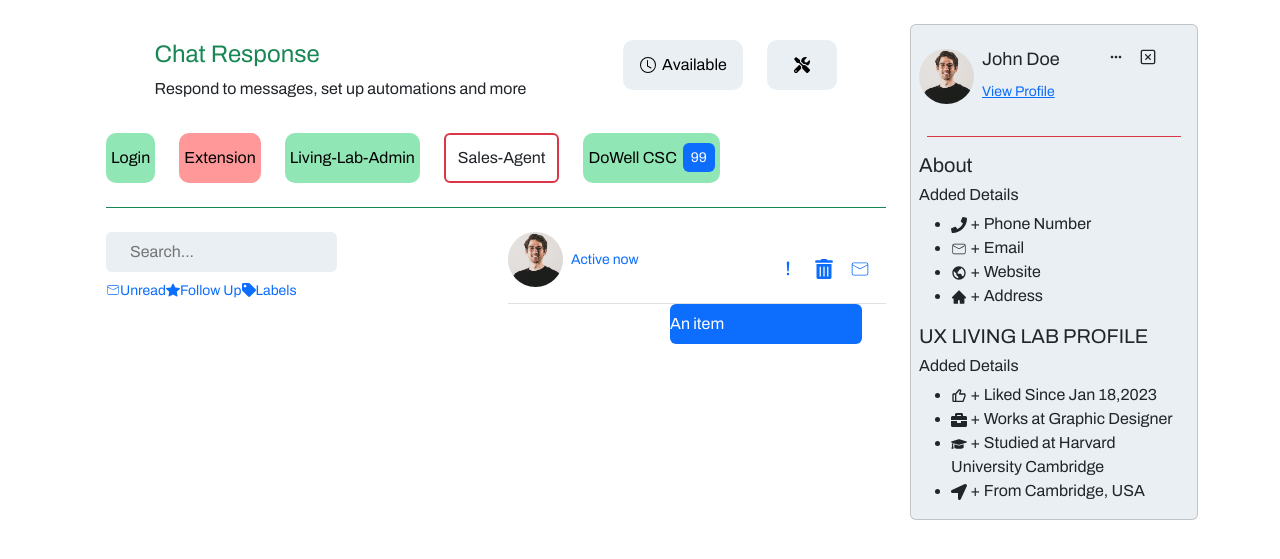
Repository: uh-sman/UX-Living-Lab-Chat
Page: /
The author's editor kept a copy of each file at every save. The page is drawn from the files as they stood at one save, then again after the next save.
The browser window is 1280 px wide. The pictures show the whole page.
The project was rebuilt for these pictures with package versions that can differ from the ones it lists, and the page was loaded fresh each time.

Above is the page before, as saved 2023-05-10 17:51:11.

### public/index.html
<!DOCTYPE html>
<html lang="en">
  <head>
    <meta charset="utf-8" />
    <link rel="icon" href="%PUBLIC_URL%/favicon.ico" />
    <meta name="viewport" content="width=device-width, initial-scale=1" />
    <meta name="theme-color" content="#000000" />
    <meta
      name="description"
      content="Web site created using create-react-app"
    />
    <link rel="apple-touch-icon" href="%PUBLIC_URL%/logo192.png" />
    <!--
      manifest.json provides metadata used when your web app is installed on a
      user's mobile device or desktop. See https://developers.google.com/web/fundamentals/web-app-manifest/
    -->
    <link rel="manifest" href="%PUBLIC_URL%/manifest.json" />
    <!-- font awsome CDN -->

    <link
      rel="stylesheet"
      href="https://cdn.jsdelivr.net/npm/@fortawesome/fontawesome-free@6.2.1/css/fontawesome.min.css"
      integrity="sha384-QYIZto+st3yW+o8+5OHfT6S482Zsvz2WfOzpFSXMF9zqeLcFV0/wlZpMtyFcZALm"
      crossorigin="anonymous"
    />
    <!--
      Notice the use of %PUBLIC_URL% in the tags above.
      It will be replaced with the URL of the `public` folder during the build.
      Only files inside the `public` folder can be referenced from the HTML.

      Unlike "/favicon.ico" or "favicon.ico", "%PUBLIC_URL%/favicon.ico" will
      work correctly both with client-side routing and a non-root public URL.
      Learn how to configure a non-root public URL by running `npm run build`.
    -->
    <title>React App</title>
  </head>
  <body>
    <noscript>You need to enable JavaScript to run this app.</noscript>
    <div id="root"></div>
    <!--
      This HTML file is a template.
      If you open it directly in the browser, you will see an empty page.

      You can add webfonts, meta tags, or analytics to this file.
      The build step will place the bundled scripts into the <body> tag.

      To begin the development, run `npm start` or `yarn start`.
      To create a production bundle, use `npm run build` or `yarn build`.
    -->
  </body>
</html>

### src/index.css
* {
  text-decoration: none;
}

### src/App.js
import "./App.css";
import "bootstrap/dist/css/bootstrap.min.css";
import "bootstrap/dist/js/bootstrap.bundle.min";
import Container from "./container";
function App() {
  return (
    <div className="App">
      <Container />
    </div>
  );
}

export default App;

### src/App.css
@import url("https://fonts.googleapis.com/css2?family=Archivo&display=swap");
:root {
  --header-color: #0d7813;
  /* --button-color :#00000;
  --button-color :#90E7B5; */
  --bg-color: #e9eff3;
  /* #90E7B5 */

  --font: "Archivo", sans-serif;
}

* {
  text-decoration: none;
  /* list-style: none; */
  font-family: "Archivo", sans-serif;
}

.body {
  font-family: "Archivo", sans-serif;
}
.header {
  color: var(--header-color);
  font-family: "Archivo", sans-serif;
}
.button {
  display: flex;
  align-items: center;
  background: var(--bg-color);
  justify-content: center;
  height: 50px;
  width: 120px;
  gap: 6px;
  border: none;
  border-radius: 10px;
}
.button2 {
  display: flex;
  align-items: center;
  background: var(--bg-color);
  justify-content: center;
  height: 50px;
  width: 70px;
  gap: 6px;
  border: none;
  border-radius: 10px;
}
.button3 {
  display: flex;
  align-items: center;
  background: #90e7b5;
  justify-content: center;
  height: 50px;
  max-width: contain;
  padding: 0px 5px;
  gap: 6px;
  border: none;
  border-radius: 10px;
}
.button4 {
  display: flex;
  align-items: center;
  background: #ff9898;
  justify-content: center;
  height: 50px;
  max-width: contain;
  padding: 0px 5px;
  gap: 6px;
  border: none;
  border-radius: 10px;
}
.image-style {
  width: 55px;
  height: 55px;
  border-radius: 500px;
}
.cardBody {
  background-color: var(--bg-color);
}
.input {
  border: var(--bg-color);
  outline: none;
  background: var(--bg-color);
}

### src/container/index.js
import React from "react";
import ChatSection from "./ChatSection";
import DetailsSection from "./DetailsSection";
const Container = () => {
  return (
    <div className="container">
      <div className="d-flex justify-content-around my-4">
        <ChatSection />
        <DetailsSection />
      </div>
    </div>
  );
};

export default Container;

### src/container/ChatSection.js
import React from "react";
import ChatHeader from "./ChatItems/ChatHeader";
import ProfileHead from "./Chats/message/ProfileHead";
import SearchBar from "./Chats/SearchBar";

const ChatSection = () => {
  return (
    <div className="container">
      <ChatHeader />
      {/* chats come here */}
      <div className="d-flex my-2">
        <SearchBar />
        <ProfileHead />
      </div>
    </div>
  );
};

export default ChatSection;

### src/container/DetailsSection.jsx
import React from "react";
import user from "../assets/user.jpg";
import AboutDetails from "./Details/AboutDetails";
import DetailsSectionButton from "./DetailsSectionButton";
const DetailsSection = ({ title, about }) => {
  return (
    <div>
      <div
        className="card"
        style={{ width: "18rem", backgroundColor: "#e9eff3" }}
      >
        <div className="mx-2">
          <div className="d-flex gap-5 mt-4 ">
            <figure className="d-flex gap-2">
              <img src={user} className=" image-style" />
              <div className="">
                <h4 className="body fw-bold" style={{ fontSize: "18px" }}>
                  {title}
                </h4>
                <a href="" className="fw-bold" style={{ fontSize: "14px" }}>
                  View Profile
                </a>
              </div>
            </figure>
            <DetailsSectionButton />
          </div>
          <div className="border-bottom border-danger mx-2 my-3"></div>
          <div className=""></div>
          {/* DETAILS */}
          <AboutDetails />
        </div>
      </div>
    </div>
  );
};
DetailsSection.defaultProps = {
  title: "John Doe",
  about: "About",
};

export default DetailsSection;

### src/container/ChatItems/ChatHeader.jsx
import React from "react";
import Buttons from "./Buttons";
import HeaderButtons from "./HeaderButtons";

const ChatHeader = ({ title, caption }) => {
  return (
    <div className="container">
      <div className=" d-flex justify-content-around my-3">
        <header>
          <h1 className="header fs-4 fw-bold text-success">{title}</h1>
          <p className="fw-medium  Header-font">{caption}</p>
        </header>
        <HeaderButtons />
      </div>
      <Buttons />
      <div className="border-bottom border-success my-4"></div>
    </div>
  );
};

export default ChatHeader;
ChatHeader.defaultProps = {
  title: "Chat Response",
  caption: "Respond to messages, set up automations and more",
};

### src/container/Chats/message/ProfileHead.jsx
import React from "react";
import { FaTrashAlt } from "react-icons/fa";
import user from "../../../assets/user.jpg";
import ChatIcons from "./ChatIcons";
import Message from "./Message";
const ProfileHead = () => {
  return (
    <div className="container overflow-y-scroll">
      <div className="d-flex justify-content-between  align-items-center border-bottom">
        <figure className="d-flex gap-2 align-items-center">
          <img src={user} className=" image-style" />
          <div className="">
            {/* Status active now if true show active */}
            <small className="text-primary">Active now</small>
          </div>
        </figure>
        <ChatIcons />
      </div>
      <Message />
    </div>
  );
};

export default ProfileHead;

### src/container/Chats/SearchBar.jsx
import React from "react";
import { FaSearch } from "react-icons/fa";
import Icons from "./Icons";
// BsStarFill;
const SearchBar = () => {
  return (
    <div className="container">
      <div className="overflow-y-scroll">
        <form>
          <input
            className="input rounded bi bi-search py-2 px-4"
            placeholder="Search..."
          />
          <i className="bi bi-search"></i>
        </form>
        <Icons />
      </div>
    </div>
  );
};

export default SearchBar;

### src/container/Details/AboutDetails.jsx
import React from "react";
import {
  FaPhone,
  FaBriefcase,
  FaGraduationCap,
  FaLocationArrow,
} from "react-icons/fa";
import { CiMail } from "react-icons/ci";
import { BiWorld, BiLike } from "react-icons/bi";
import { AiFillHome } from "react-icons/ai";
const AboutDetails = ({ title, ux }) => {
  const data = [
    {
      phone: "Phone Number",
      email: "Email",
      web: "Website",
    },
  ];
  return (
    <div>
      <div className="">
        <h5>{title}</h5>
        <main>
          <h6>Added Details</h6>
          <div className="">
            <ul>
              <li>
                <FaPhone /> + Phone Number
              </li>
              <li>
                <CiMail /> + Email
              </li>
              <li>
                <BiWorld /> + Website
              </li>
              <li>
                <AiFillHome /> + Address
              </li>
            </ul>
          </div>
        </main>
      </div>
      <div className="">
        <h5>{ux}</h5>
        <main>
          <h6>Added Details</h6>
          <div className="">
            <ul>
              <li>
                <BiLike /> + Liked Since Jan 18,2023
                {/* date from the api */}
              </li>
              <li>
                <FaBriefcase /> + Works at Graphic Designer
              </li>
              <li>
                <FaGraduationCap /> + Studied at Harvard University Cambridge
                {/* Place of work from the api */}
              </li>
              <li>
                <FaLocationArrow /> + From Cambridge, USA
              </li>
            </ul>
          </div>
        </main>
      </div>
    </div>
  );
};

export default AboutDetails;

AboutDetails.defaultProps = {
  title: "About",
  ux: "UX LIVING LAB PROFILE",
};

### src/container/DetailsSectionButton.jsx
import React from "react";
import { MdOutlineMoreHoriz } from "react-icons/md";
import { CgCloseR } from "react-icons/cg";
const DetailsSectionButton = () => {
  return (
    <div>
      <div className="d-flex gap-3">
        <MdOutlineMoreHoriz />
        <CgCloseR />
      </div>
    </div>
  );
};

export default DetailsSectionButton;

### src/container/ChatItems/Buttons.jsx
import React from "react";

const Buttons = () => {
  return (
    <div className="d-flex gap-4">
      <button type="button" className="button3">
        Login
      </button>
      <button type="button" className="button4">
        Extension
      </button>
      <button type="button" className="button3">
        Living-Lab-Admin
      </button>
      <button type="button" className="btn border-danger border-2">
        Sales-Agent
      </button>
      <button type="button" className="button3">
        DoWell CSC
        <small className="bg-primary text-white px-2 py-1 rounded">
          {"99"}
        </small>
      </button>
    </div>
  );
};

export default Buttons;

### src/container/ChatItems/HeaderButtons.jsx
import React from "react";
import { BsClock } from "react-icons/bs";
import { FaTools } from "react-icons/fa";
const HeaderButtons = () => {
  return (
    <div className="d-flex gap-4">
      <button type="button" className="button">
        <BsClock className="" />
        Available
      </button>
      <button type="button" className="button2">
        <FaTools />
      </button>
    </div>
  );
};

export default HeaderButtons;

### src/container/Chats/message/ChatIcons.jsx
import React from "react";
import { FaTrashAlt } from "react-icons/fa";
import { BsExclamationLg } from "react-icons/bs";
import { CiMail } from "react-icons/ci";
const ChatIcons = () => {
  return (
    <div className="mx-3">
      <div className="d-flex gap-3">
        <small className="text-primary fs-5"></small>
        <small className="text-primary fs-5">
          <BsExclamationLg />
        </small>
        <small className="text-primary fs-5">
          <FaTrashAlt />
        </small>

        <small className="text-primary fs-5">
          <CiMail />
        </small>
      </div>
    </div>
  );
};

export default ChatIcons;

### src/container/Chats/message/Message.jsx
import React, { useState } from "react";

const Message = () => {
  const [message, setMessage] = useState(true);
  return (
    <div className="mx-4">
      <div className="d-flex justify-content-end ">
        {message ? (
          <div
            class="bg-primary text-white rounded d-flex align-items-center"
            style={{ width: "12rem", height: "40px" }}
          >
            <li class="list-group-item">An item</li>
          </div>
        ) : null}
      </div>
    </div>
  );
};

export default Message;

### src/container/Chats/Icons.jsx
import React from "react";
import { CiMail } from "react-icons/ci";
import { BsStarFill } from "react-icons/bs";
import { FaTag } from "react-icons/fa";
const Icons = () => {
  return (
    <div>
      <div className="d-flex text-primary my-2">
        <small className="d-flex align-items-center">
          <CiMail /> Unread
        </small>
        <small className="d-flex align-items-center">
          <BsStarFill /> Follow Up
        </small>
        <small className="d-flex align-items-center">
          <FaTag />
          Labels
        </small>
      </div>
    </div>
  );
};

export default Icons;

Loaded but not shown: src/index.js (common file)

After the next save:
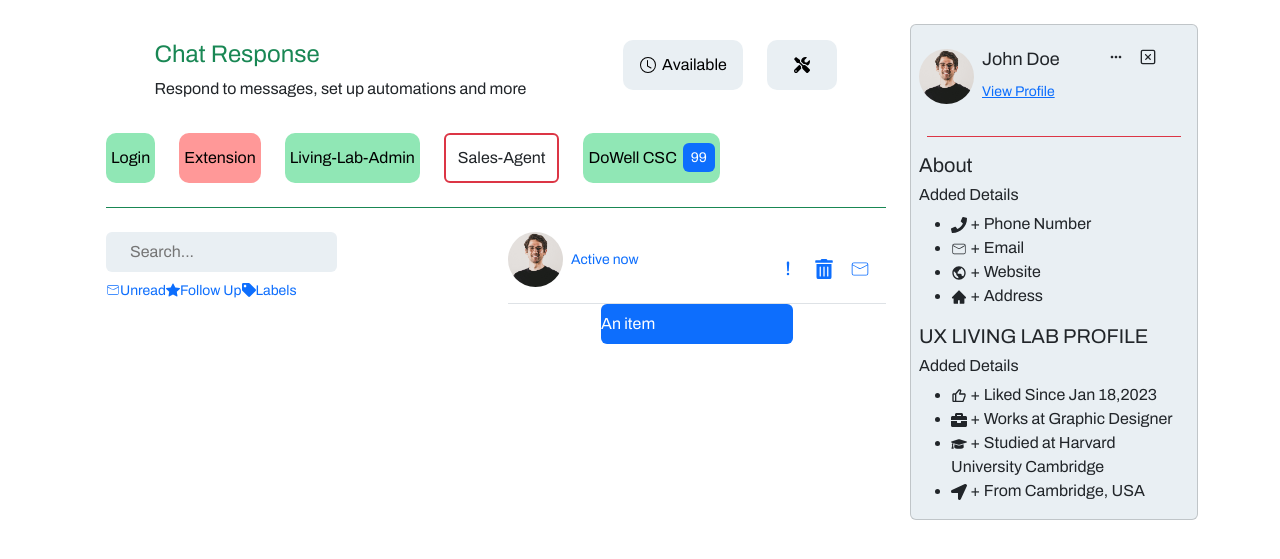
Saved 10 s later.
--- a/src/container/Chats/message/Message.jsx
+++ b/src/container/Chats/message/Message.jsx
@@ -7,7 +7,7 @@ const Message = () => {
       <div className="d-flex justify-content-end ">
         {message ? (
           <div
-            class="bg-primary text-white rounded d-flex align-items-center"
+            class="bg-primary text-white rounded d-flex align-items-center mx-auto"
             style={{ width: "12rem", height: "40px" }}
           >
             <li class="list-group-item">An item</li>
